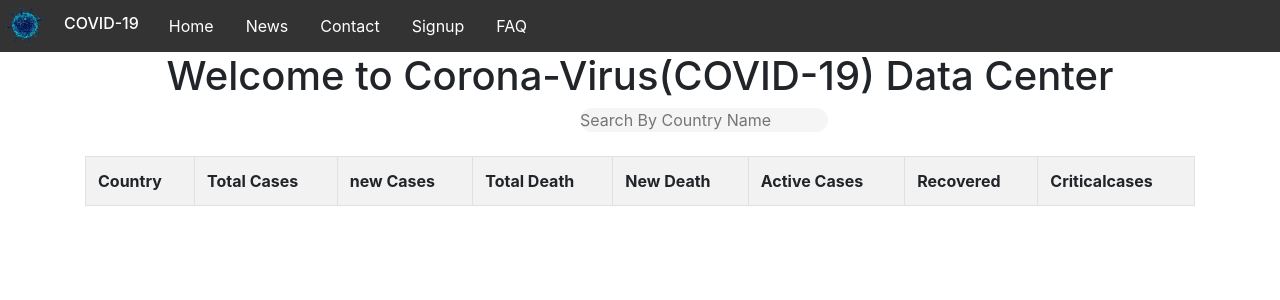
Repository: xthashankar/COVID-19-data-
Page: index.html
An editor plug-in stored every save of this project. The page is shown before and after the next save, followed by the edit.
The browser window is 1280 px wide. The pictures show the whole page.
The page's requests for data from a server got no answer.

Above is the page before, as saved 2020-04-15 19:15:58.

### index.html
<!DOCTYPE html>
<html lang="en">
<head>
    <meta charset="UTF-8">
    <meta name="viewport" content="width=device-width, initial-scale=1.0">
    <link rel="stylesheet" href="https://maxcdn.bootstrapcdn.com/bootstrap/4.4.1/css/bootstrap.min.css">
     <script src="https://ajax.googleapis.com/ajax/libs/jquery/3.4.1/jquery.min.js"></script>
     <script src="https://cdnjs.cloudflare.com/ajax/libs/popper.js/1.16.0/umd/popper.min.js"></script>
    <script src="https://maxcdn.bootstrapcdn.com/bootstrap/4.4.1/js/bootstrap.min.js"></script>
    <link rel="stylesheet" href="css/styles.css">
    <title>Document</title>
</head>
<body>
        <ul class="nav">
            <img src="image/coronavirus.png">
             <H6>COVID-19</H6>
            <li><a  href="#">Home</a></li>
            <li><a href="#">News</a></li>
            <li><a href="#">Contact</a></li>
            <li><a href="#">Signup</a></li>
            <div class="dropdown">
                <button class="dropbtn">FAQ
                </button>
                <div class="dropdown-content">
                  <a href="qa.html">English</a>
                  <a href="nqa.html">Nepali</a>
                </div>
            </div>

        </ul>
    <h1>Welcome to Corona-Virus(COVID-19) Data Center</h1>
    <input type="text" name="filter" id="search" placeholder="Search By Country Name" onkeyup="search()">
    <div class="container">

        <br>
        <table class="table table-bordered  table-striped">
            <thread>
                <tr>
                    <th>Country</th>
                    <th>Total Cases</th>
                    <th>new Cases</th>
                    <th>Total Death</th>
                    <th>New Death</th>
                    <th>Active Cases</th>
                    <th>Recovered</th>
                    <th>Criticalcases</th>
            </tr>
            </thread>
            <tbody  id="coranavirus">
            </tbody>
        </table>
    </div>
</body>
<script src="javascript/main.js"></script>
</html>

### css/styles.css
/*
body {
	font-family: 'Roboto', sans-serif;
	background-color: #eae7d9;
	margin: 0;
	padding: 0;
} */
*{
  padding: 0;
  margin: 0;
}
ul{
    list-style-type:none;
    overflow: hidden;
    background-color:#333;
}
li{
   float:right;
}
li a{

    display: block;
    color:white;
    text-align: center;
    padding: 14px 16px;
    text-decoration: none;
}
li a:hover{
    background-color: #111;
}
h1{
    text-align: center;
}
#search{

    border-radius: 10px;
    margin:5 auto;
    border-radius: 10px;
    margin-left: 580px;
    border: none;
    border-radius: 15px;
    background-color:whitesmoke;
}
img{
    width:50px;
    height:50px;
}

.navbar {
    overflow: hidden;
    background-color: #333;
  }

  .navbar a {
    float: left;
    font-size: 16px;
    color: white;
    text-align: center;
    padding: 14px 16px;
    text-decoration: none;
  }

  .dropdown {
    float: right;
    overflow: hidden;
  }

  .dropdown .dropbtn {
    font-size: 16px;
    border: none;
    outline: none;
    color: white;
    padding: 14px 16px;
    background-color: inherit;
    font-family: inherit;
    margin: 0;
  }

  .navbar a:hover, .dropdown:hover .dropbtn {
    background-color: red;
  }

  .dropdown-content {
    display: none;
    position: absolute;
    background-color: #f9f9f9;
    min-width: 160px;
    box-shadow: 0px 8px 16px 0px rgba(0,0,0,0.2);
    z-index: 1;
  }

  .dropdown-content a {
    float: none;
    color: black;
    padding: 12px 16px;
    text-decoration: none;
    display: block;
    text-align: left;
  }

  .dropdown-content a:hover {
    background-color: #ddd;
  }

  .dropdown:hover .dropdown-content {
    display: block;
  }
  .nav h6{
    margin: 14px;
    float: right;
	  color: white;
  }

### javascript/main.js
// let who='';
let URL='https://nepalcorona.info/api/v1/data/world'
fetch(URL)
.then(function(response){
   return response.json()
}).then(function(covid){
//    console.log(covid);
       if(covid.length>0)
       {
           var coviddata='';
           covid.forEach(function(data){
            // coviddata +="<tr>";
            if(data.country!="")
            {
            coviddata +="<tr><td>"+data.country+"</td>";
            coviddata +="<td>"+data.totalCases+"</td>";
            coviddata +="<td>"+data.newCases+"</td>";
            coviddata +="<td>"+data.totalDeaths+"</td>";
            coviddata +="<td>"+data.newDeaths+"</td>";
            coviddata +="<td>"+data.activeCases+"</td>";
            coviddata +="<td>"+data.totalRecovered+"</td>";
            coviddata +="<td>"+data.criticalCases+"</td></tr>";
            console.log(coviddata);
            }
            document.getElementById('coranavirus').innerHTML=coviddata;
           })
       }
   })
   //for search
function search(){
    let filter=document.getElementById("search").value.toUpperCase();
    let table=document.getElementById("coranavirus");
    let tr=table.getElementsByTagName("tr");
    for(let i=0;i<tr.length;i++)
    {
     let td=tr[i].getElementsByTagName("td")[0];
        if(td)
        {
         let txtValue=td.textContent||td.innerText;
         if(txtValue.toUpperCase().indexOf(filter)>-1)
            {
            tr[i].style.display="";
            }else
            {
            tr[i].style.display="none";
            }
        }
    }
}

After the next save:
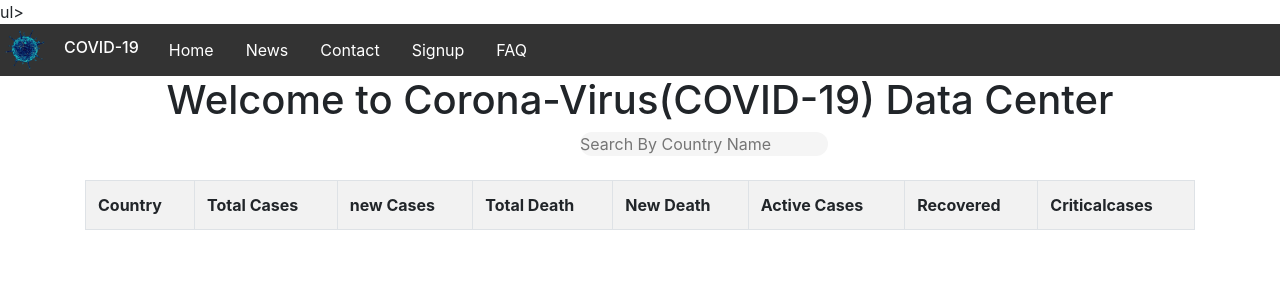
Saved 57 s later.
--- a/index.html
+++ b/index.html
@@ -11,6 +11,7 @@
     <title>Document</title>
 </head>
 <body>
+    ul>
         <ul class="nav">
             <img src="image/coronavirus.png">
              <H6>COVID-19</H6>
@@ -26,7 +27,7 @@
                   <a href="nqa.html">Nepali</a>
                 </div>
             </div>
-
+        </ul>
         </ul>
     <h1>Welcome to Corona-Virus(COVID-19) Data Center</h1>
     <input type="text" name="filter" id="search" placeholder="Search By Country Name" onkeyup="search()">
